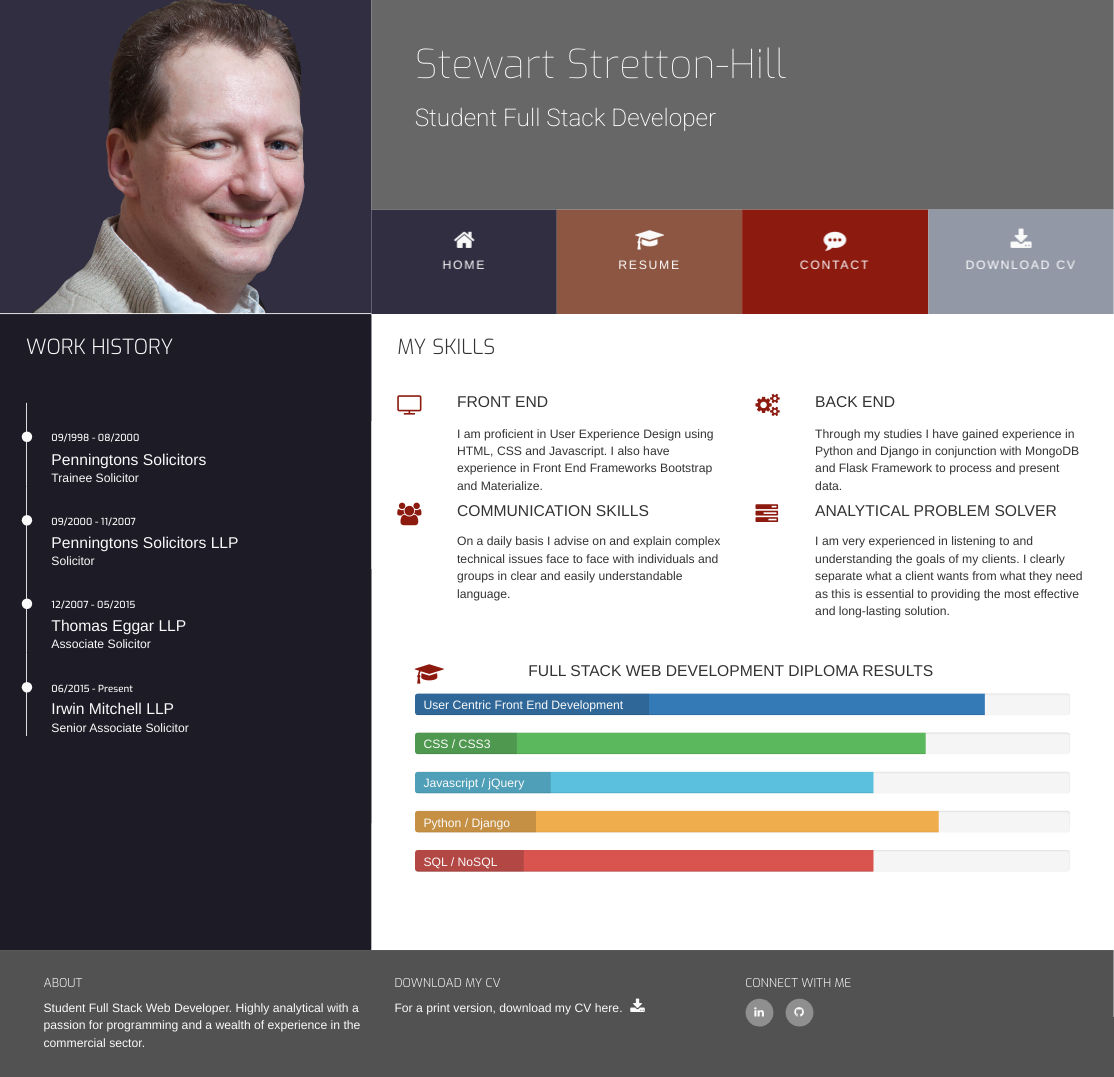
Repository: Shilldon/CV
Page: resume.html
The author's editor kept a record of every edit. The page is drawn from the files as they stood at one moment, then again after the next edit.
The browser window is 1280 px wide. The pictures show the whole page, at 87% of full size.

Above is the page before.

After the next edit:
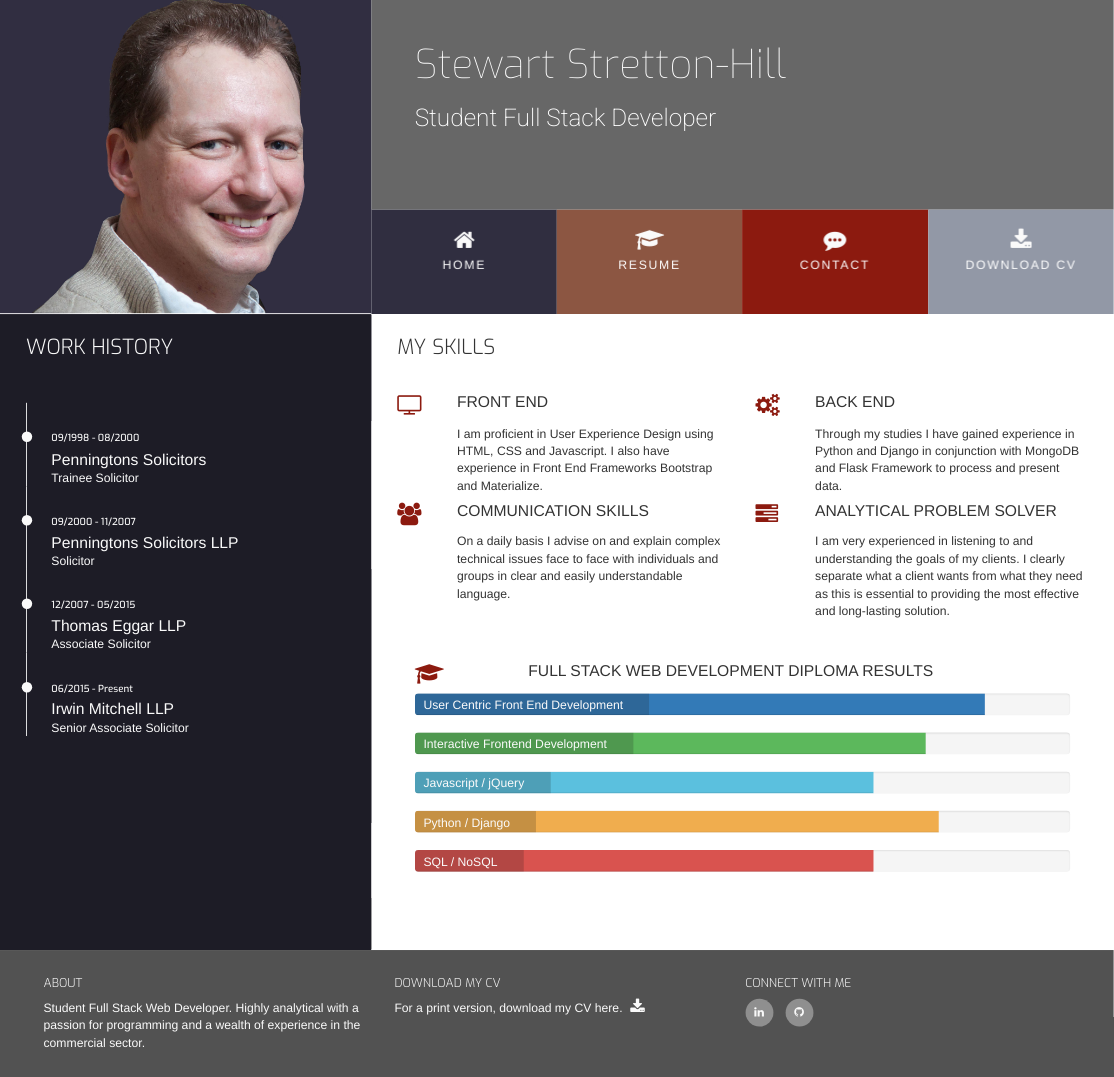
The edit:
--- a/resume.html
+++ b/resume.html
@@ -156,7 +156,7 @@
                             <span class="sr-only"> 78% </span>
                             <!-- screen reader only - sr-only -->
                         </div>
-                        <span class="progress-type">CSS / CSS3</span>
+                        <span class="progress-type">Interactive Frontend Development</span>
                     </div>
                     <div class="progress">
                         <div class="progress-bar progress-bar-info" role="progressbar" aria-valuenow="70" aria-valuemin="0" aria-valuemax="100" style="width:70%">
